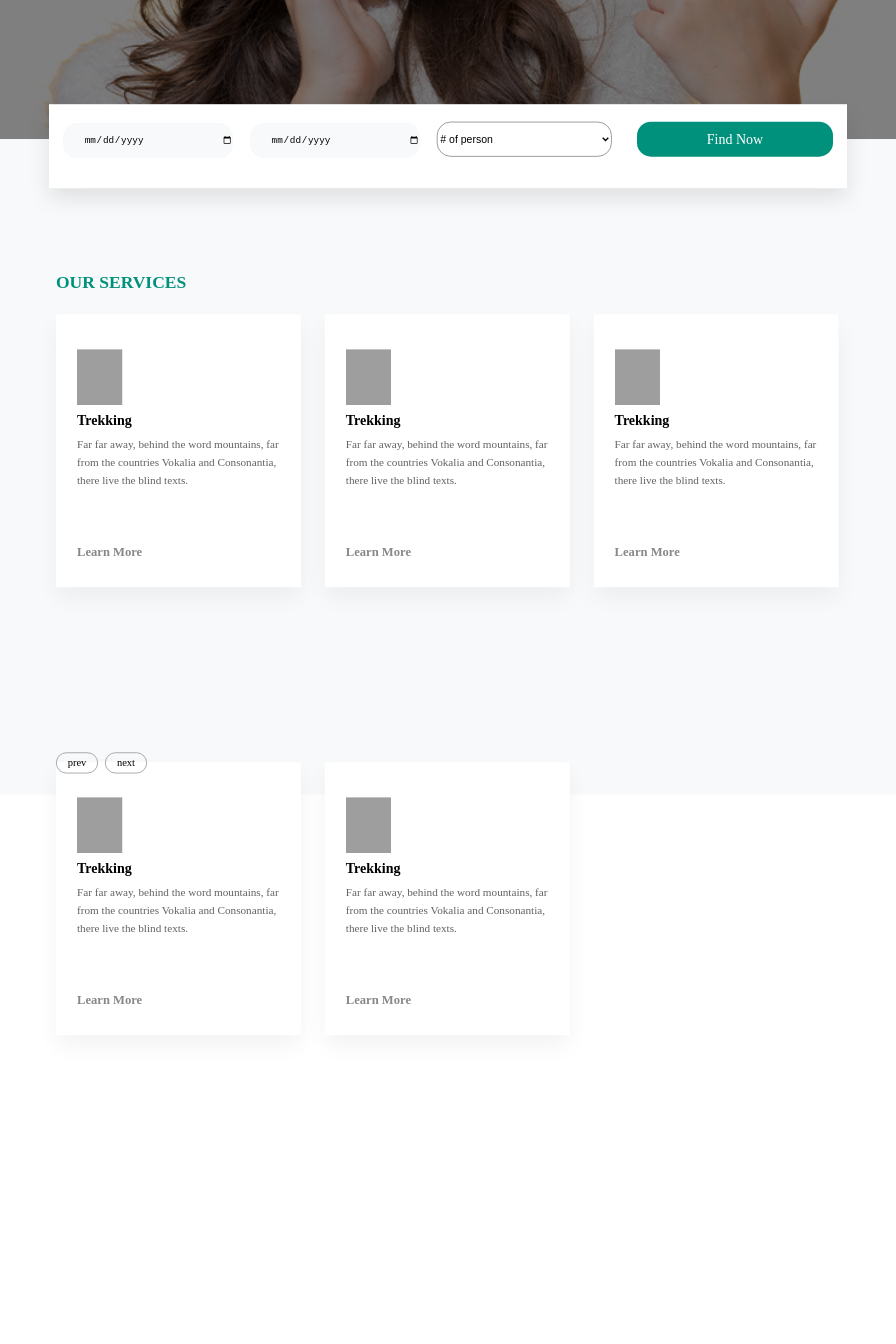
Repository: nhutduy0803/template1
Page: index.html
An editor plug-in stored every save of this project. The page is shown before and after the next save, followed by the edit.
The browser window is 1280 px wide. The pictures show the part of the page from y = 737 to 2657 px (the page is 5000 px tall), at 70% of full size.
Pictures or frames that could not be fetched are drawn as grey boxes.

Above is the page before, as saved 2021-11-28 13:38:36.

After the next save:
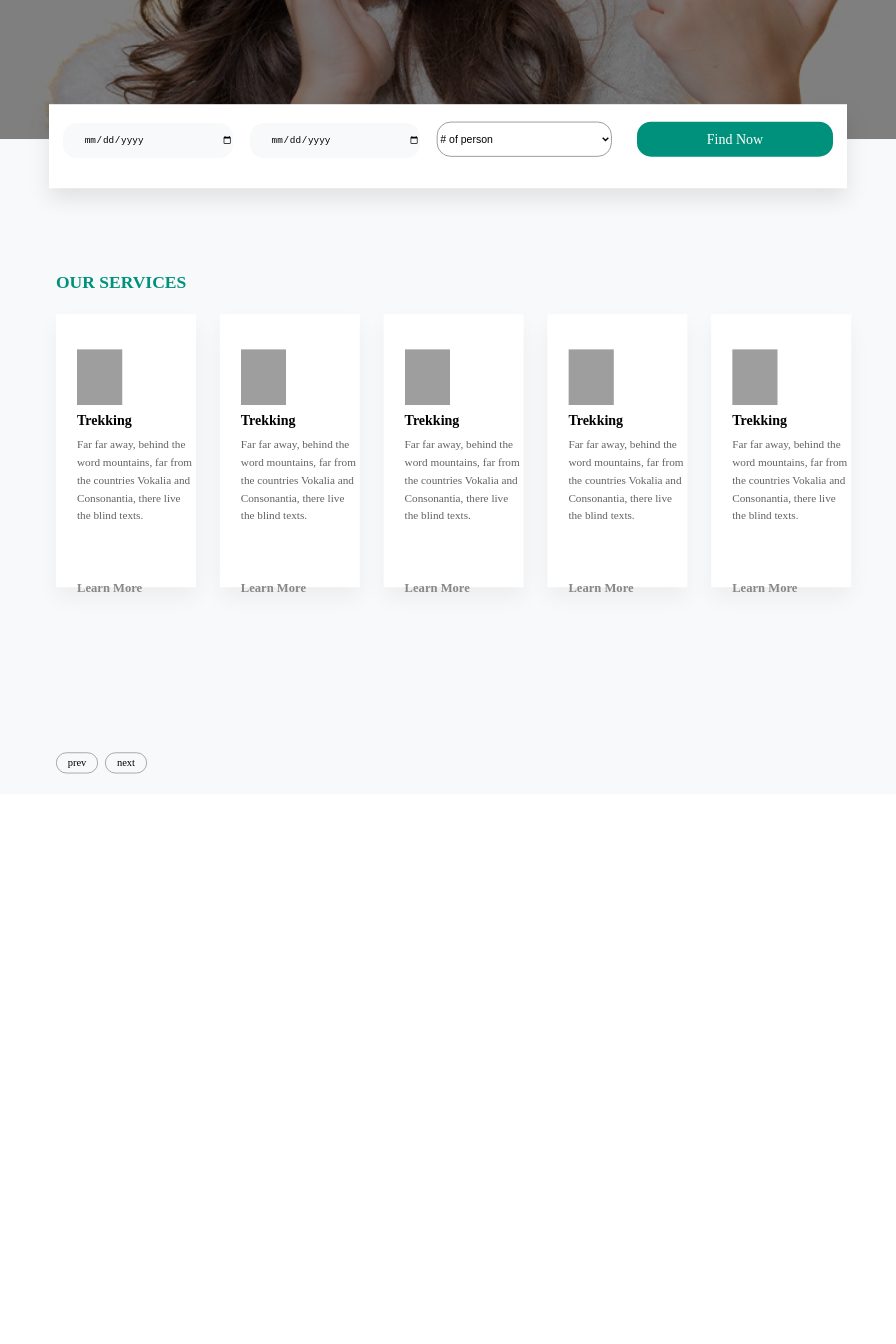
Saved 21 s later.
--- a/assets/css/style.css
+++ b/assets/css/style.css
@@ -285,7 +285,8 @@ ul .fa-chevron-down {
   margin-top: 250px;
   background: #fff;
   height: 390px;
-  width: 350px;
+  /* width: 350px; */
+  width: 200px;
   box-shadow: 0 15px 30px 0 rgb(0 0 0 / 5%);
   display: inline-block;
 }
